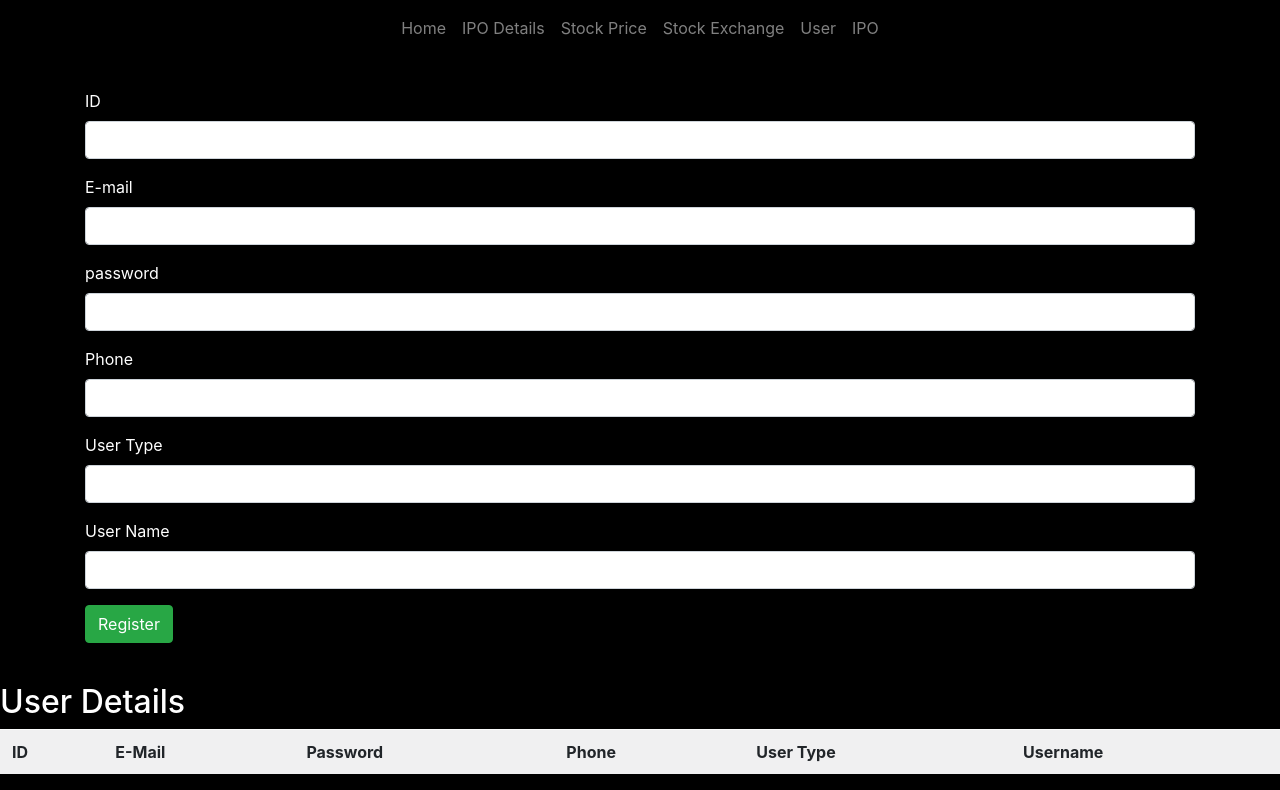
Repository: Gurudutt-S/cts-training
Page: http://localhost/StockExchangeChartingWeb/WEB-INF/views/users.jsp
The author's editor kept a copy of each file at every save. The page is drawn from the files as they stood at one save, then again after the next save.
The browser window is 1280 px wide. The pictures show the whole page.
The page is served by Tomcat 9. Nobody is signed in. Other server files are loaded and not shown. The template is opened directly, without the code that normally fills it, so the values that code supplies are empty.

Above is the page before, as saved 2020-02-12 06:59:13.
Console error (its wording comes from the project's code and is left out).

### Day_36/StockExchangeChartingWeb/src/main/webapp/WEB-INF/views/users.jsp
<%@include file="header.jsp"%>

<%@ taglib uri="http://www.springframework.org/tags/form" prefix="form"%>
<%@ taglib uri="http://java.sun.com/jsp/jstl/core" prefix="c"%>


<c:url var="userUrl" value="/user/save" />

<div class="container">
	<form:form action="${userUrl }" modelAttribute="user">

		<div class="form-group">
			<form:label path="id">ID</form:label>
			<form:input path="id" class="form-control"></form:input>
		</div>
		<div class="form-group">
			<form:label path="email">E-mail</form:label>
			<form:input path="email" class="form-control"></form:input>
		</div>
		<div class="form-group">
			<form:label path="password">password</form:label>
			<form:input path="password" class="form-control"></form:input>
		</div>
		<div class="form-group">
			<form:label path="phone">Phone</form:label>
			<form:input path="phone" class="form-control"></form:input>
		</div>
		<div class="form-group">
			<form:label path="userType">User Type</form:label>
			<form:input path="userType" class="form-control"></form:input>
		</div>
		<div class="form-group">
			<form:label path="username">User Name</form:label>
			<form:input path="username" class="form-control"></form:input>
		</div>

		<div>
			<input type="submit" value="Register" class="btn btn-success">
		</div>
	</form:form>
</div>

<br>

<div>
	<h2>User Details</h2>
	<table class="table table-light table-hover table-striped">
		<tr>
			<th>ID</th>
			<th>E-Mail</th>
			<th>Password</th>
			<th>Phone</th>
			<th>User Type</th>
			<th>Username</th>
		</tr>
		<tbody>
			<c:forEach var="user" items="${list }">
				<tr>
					<td>${user.id }</td>
					<td>${user.email }</td>
					<td>${user.password }</td>
					<td>${user.phone }</td>
					<td>${user.userType }</td>
					<td>${user.username }</td>
				</tr>

			</c:forEach>
		</tbody>
	</table>
</div>


</body>
</html>

### Day_36/StockExchangeChartingWeb/src/main/webapp/WEB-INF/views/header.jsp
<%@ page isELIgnored="false"%>
<%@ taglib uri="http://java.sun.com/jsp/jstl/core" prefix="c"%>
<html>
<head>
<link rel="stylesheet"
	href="https://stackpath.bootstrapcdn.com/bootstrap/4.4.1/css/bootstrap.min.css"
	integrity="sha384-Vkoo8x4CGsO3+Hhxv8T/Q5PaXtkKtu6ug5TOeNV6gBiFeWPGFN9MuhOf23Q9Ifjh"
	crossorigin="anonymous">
<script
	src="https://stackpath.bootstrapcdn.com/bootstrap/4.4.1/js/bootstrap.min.js"
	integrity="sha384-wfSDF2E50Y2D1uUdj0O3uMBJnjuUD4Ih7YwaYd1iqfktj0Uod8GCExl3Og8ifwB6"
	crossorigin="anonymous"></script>


</head>
<body style="color: white; background-color: black;">

	<nav class="navbar navbar-expand-lg navbar-dark ">
		<div class="collapse navbar-collapse">
			<ul class="navbar-nav mx-auto">
				<li class="nav-item"><a href="home" class="nav-link">Home</a></li>
				<li class="nav-item"><a href="ipoDetails" class="nav-link">IPO
						Details</a></li>
				<li class="nav-item"><a href="stockPrice" class="nav-link">Stock
						Price</a></li>
				<li class="nav-item"><a href="stockExchange" class="nav-link">Stock
						Exchange</a></li>
				<li class="nav-item"><a href="user-home" class="nav-link">User
						</a></li>
				<li class="nav-item"><a href="ipo-home" class="nav-link">IPO
						</a></li>
			</ul>
		</div>
	</nav>

	<hr>

</body>
</html>

After the next save:
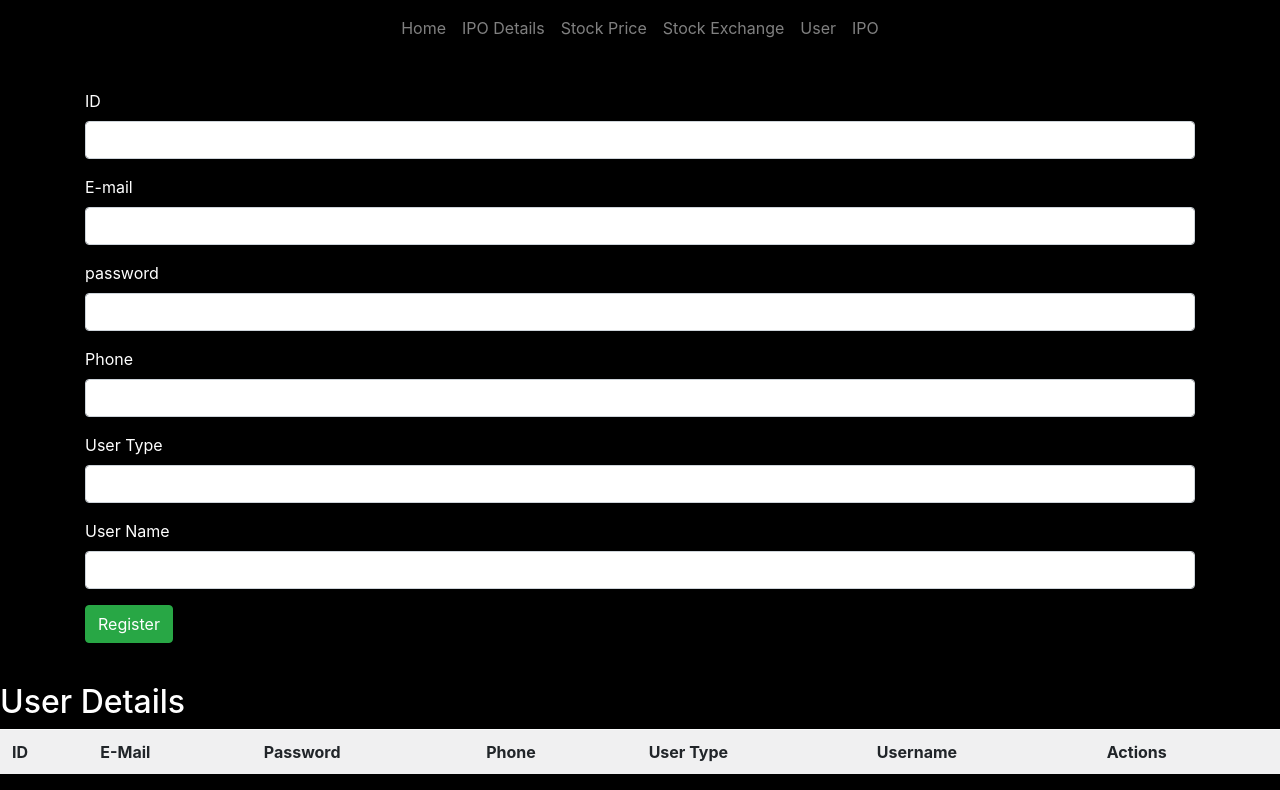
Saved 2 min 17 s later.
--- a/Day_36/StockExchangeChartingWeb/src/main/webapp/WEB-INF/views/users.jsp
+++ b/Day_36/StockExchangeChartingWeb/src/main/webapp/WEB-INF/views/users.jsp
@@ -52,6 +52,7 @@
 			<th>Phone</th>
 			<th>User Type</th>
 			<th>Username</th>
+			<th>Actions</th>
 		</tr>
 		<tbody>
 			<c:forEach var="user" items="${list }">
